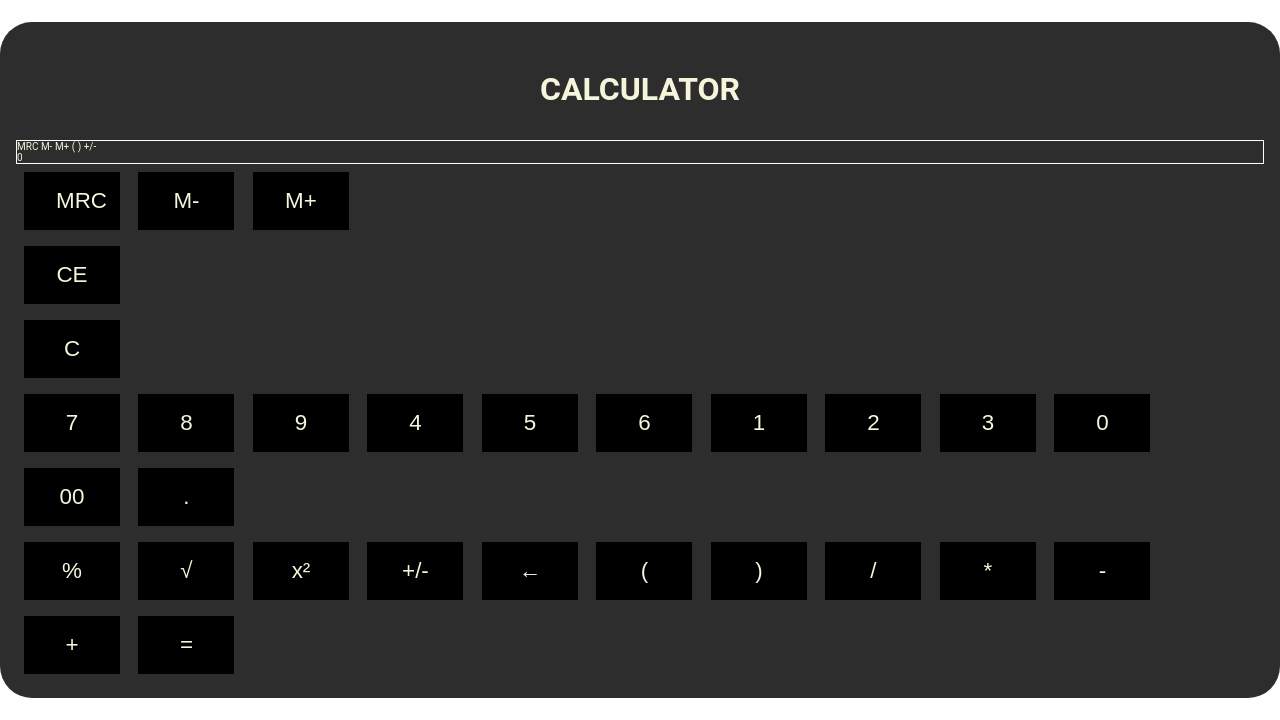
Repository: Denis793/CalculatorNew
Page: index.html
An editor plug-in stored every save of this project. The page is shown before and after the next save, followed by the edit.
The browser window is 1280 px wide. The pictures show the whole page.
The style sheet was rebuilt from its Sass, Less or Tailwind sources for each picture, by a compiler version that may differ from the author's.

Above is the page before, as saved 2025-05-17 17:49:46.

After the next save:
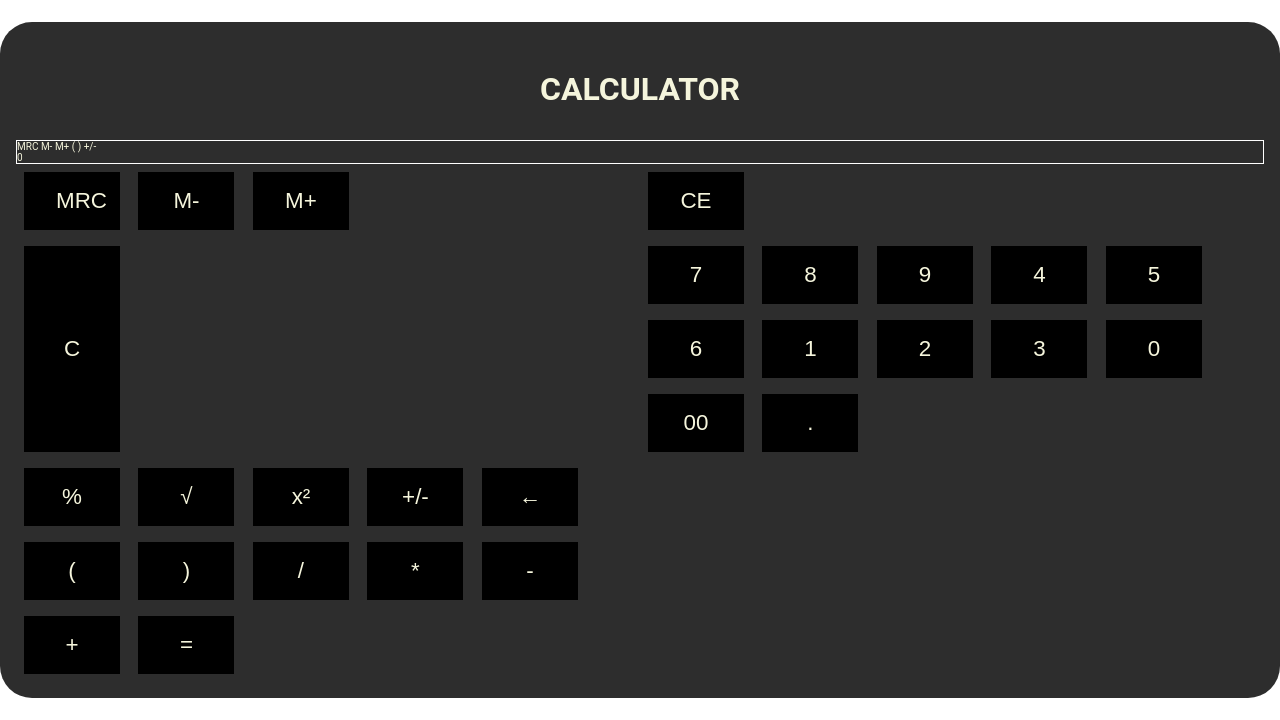
Saved 35 s later.
--- a/app/style/scss/main.scss
+++ b/app/style/scss/main.scss
@@ -33,6 +33,7 @@ button {
 .keypad {
   display: grid;
   grid-template-areas: 'memoryBtn', 'operationsBtn';
+  grid-template-columns: 1fr 1fr;
 }
 
 .memoryBtn {
